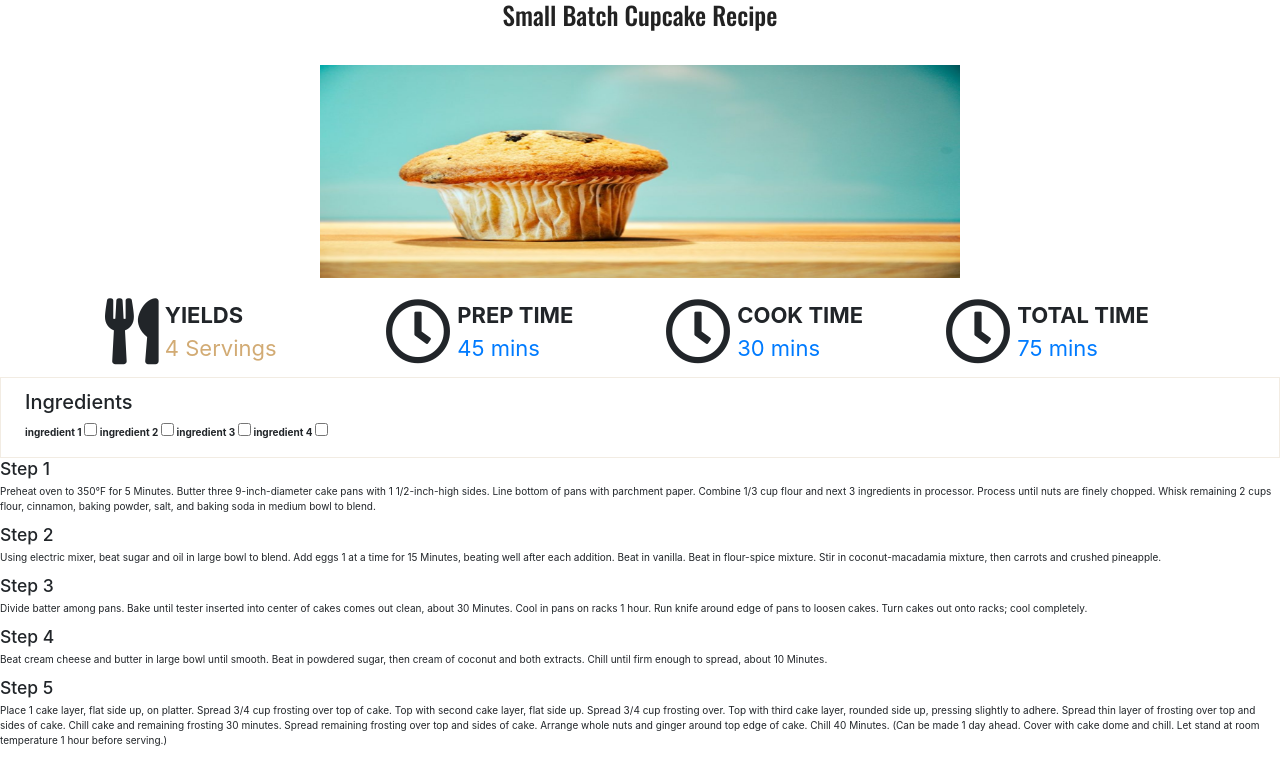
Repository: pauldardis/cookbook
Page: recipe.html
The author's editor kept a record of every edit. The page is drawn from the files as they stood at one moment, then again after the next edit.
The browser window is 1280 px wide. The pictures show the whole page.
Some web libraries are served in a nearby version.

Above is the page before.

### recipe.html
<!DOCTYPE html>
<html lang="en">

<head>
    <meta charset="UTF-8">
    <meta name="viewport" content="width=device-width, initial-scale=1.0">
    <meta http-equiv="X-UA-Compatible" content="ie=edge">
    <link rel="stylesheet" href="https://use.fontawesome.com/releases/v5.11.2/css/all.css">
    <link rel="stylesheet" href="https://use.fontawesome.com/releases/v5.11.2/css/v4-shims.css">
    <link rel="stylesheet" href="https://maxcdn.bootstrapcdn.com/bootstrap/3.3.7/css/bootstrap.min.css" type="text/css" />
    <link rel="stylesheet" href="https://maxcdn.bootstrapcdn.com/font-awesome/4.7.0/css/font-awesome.min.css" type="text/css" />
    <link rel="stylesheet" href="https://maxcdn.bootstrapcdn.com/bootstrap/4.2.1/css/bootstrap.min.css" type="text/css">
    <link rel="stylesheet" href="https://cdnjs.cloudflare.com/ajax/libs/hover.css/2.1.1/css/hover-min.css" type="text/css" />
    <link href="https://fonts.googleapis.com/css?family=Oswald:200,300,500,700&display=swap" rel="stylesheet">
    <link rel="stylesheet" href="assits/css/style.css" type="text/css" />

    <title>Document</title>
</head>

<body>



    <div>
        <h1 class="recipe-h1-text">Small Batch Cupcake Recipe</h1>
    </div>

    <div class="recipe-main-image-container">
        <img class="recipe-main-image" src="assits/images/test-recipe-image.jpg" alt="recipe image">
    </div>


    <div class="container">
        <div class="row">
            <section class="col-md-3 recipe-info-container">
                <div class="recipe-icon-container">
                    <i class="fas fa-utensils fa-3x"></i>
                </div>
                <div class="recipe-info-text-container">
                    <div>
                        <strong>YIELDS</strong>
                    </div>
                    <div>
                        <a class="servings" href="#">4 Servings</a>
                    </div>
                </div>
            </section>
            <section class="col-md-3 recipe-info-container">
                <div class="recipe-icon-container">
                    <i class="far fa-clock fa-3x"></i>
                </div>
                <div class="recipe-info-text-container">
                    <div>
                        <strong>PREP TIME</strong>
                    </div>
                    <div>
                        <a href="#">45 mins</a>
                    </div>
                </div>
            </section>
            <section class="col-md-3 recipe-info-container">
                <div class="recipe-icon-container">
                    <i class="far fa-clock fa-3x"></i>
                </div>
                <div class="recipe-info-text-container">
                    <div>
                        <strong>COOK TIME</strong>
                    </div>
                    <div>
                        <a href="#">30 mins</a>
                    </div>
                </div>
            </section>
            <section class="col-md-3 recipe-info-container">
                <div class="recipe-icon-container">
                    <i class="far fa-clock fa-3x"></i>
                </div>
                <div class="recipe-info-text-container">
                    <div>
                        <strong>TOTAL TIME</strong>
                    </div>
                    <div>
                        <a href="#">75 mins</a>
                    </div>
                </div>
            </section>
        </div>
    </div>
    <p></p>
    <p></p>
    <div class="recipe-ingredients-container">
        <div class="recipe-ingredients-heading">
            <h2>Ingredients</h2>
            <div>
                <label class="ingredient_tick_box_container">ingredient 1 <input type="checkbox"><span class="ingredient_tick_box_checkmark"></span></label>
                <label class="ingredient_tick_box_container">ingredient 2 <input type="checkbox"><span class="ingredient_tick_box_checkmark"></span></label>
                <label class="ingredient_tick_box_container">ingredient 3 <input type="checkbox"><span class="ingredient_tick_box_checkmark"></span></label>
                <label class="ingredient_tick_box_container">ingredient 4 <input type="checkbox"><span class="ingredient_tick_box_checkmark"></span></label>
            </div>
        </div>
    </div>

    <div>
        <div>
            <h3>Step 1</h3>
            <p class="recipe_steps_text">Preheat oven to 350°F for 5 Minutes. Butter three 9-inch-diameter cake pans with 1 1/2-inch-high sides. Line bottom of pans with parchment paper. Combine 1/3 cup flour and next 3 ingredients in processor. Process until nuts are finely chopped.
                Whisk remaining 2 cups flour, cinnamon, baking powder, salt, and baking soda in medium bowl to blend.</p>
            <h3>Step 2</h3>
            <p class="recipe_steps_text">Using electric mixer, beat sugar and oil in large bowl to blend. Add eggs 1 at a time for 15 Minutes, beating well after each addition. Beat in vanilla. Beat in flour-spice mixture. Stir in coconut-macadamia mixture, then carrots and crushed
                pineapple.
            </p>
            <h3>Step 3</h3>
            <p class="recipe_steps_text">Divide batter among pans. Bake until tester inserted into center of cakes comes out clean, about 30 Minutes. Cool in pans on racks 1 hour. Run knife around edge of pans to loosen cakes. Turn cakes out onto racks; cool completely.</p>
            <h3>Step 4</h3>
            <p class="recipe_steps_text">Beat cream cheese and butter in large bowl until smooth. Beat in powdered sugar, then cream of coconut and both extracts. Chill until firm enough to spread, about 10 Minutes.</p>
            <h3>Step 5</h3>
            <p class="recipe_steps_text">Place 1 cake layer, flat side up, on platter. Spread 3/4 cup frosting over top of cake. Top with second cake layer, flat side up. Spread 3/4 cup frosting over. Top with third cake layer, rounded side up, pressing slightly to adhere. Spread
                thin layer of frosting over top and sides of cake. Chill cake and remaining frosting 30 minutes. Spread remaining frosting over top and sides of cake. Arrange whole nuts and ginger around top edge of cake. Chill 40 Minutes. (Can be made
                1 day ahead. Cover with cake dome and chill. Let stand at room temperature 1 hour before serving.)</p>
        </div>
    </div>



</body>

</html>

### assits/css/style.css
.recipe-h1-text {
    text-align: center;
    margin-bottom: 1.4em;
    color: #222;
    /*font-size: 2em;*/
    /*line-height: 1.2;*/
    font-weight: 500;
    font-family: 'Oswald', sans-serif;

}

.recipe-main-image-container {
    height: 500;
    width: 300;
    margin-bottom: 20px;
}

.recipe-main-image {
    display: block;
    margin-left: auto;
    margin-right: auto;
    width: 50%;
}

.recipe-info-text-container {
    display: inline-block
}

.recipe-info-container {
    /*border-color: black;*/
    /*border-style: solid;*/
}

.recipe-icon-container {
    display: inline-block;
}

.recipe-info-text-container {
    display: inline-block
}

.servings {
    color: #D2AB74;
}

.recipe-ingredients-container {
    border: 1px solid #f2ece3;
    padding: 12px 24px;
}

.recipe-ingredients-heading {

}








/* Customize the label (the container) */
.container {
  display: block;
  position: relative;
  padding-left: 35px;
  margin-bottom: 12px;
  cursor: pointer;
  font-size: 22px;
  -webkit-user-select: none;
  -moz-user-select: none;
  -ms-user-select: none;
  user-select: none;
}

/* Hide the browser's default checkbox */
.container input {
  position: absolute;
  opacity: 0;
  cursor: pointer;
  height: 0;
  width: 0;
}

/* Create a custom checkbox */
.checkmark {
  position: absolute;
  top: 0;
  left: 0;
  height: 25px;
  width: 25px;
  background-color: #eee;
}

/* On mouse-over, add a grey background color */
.container:hover input ~ .checkmark {
  background-color: #ccc;
}

/* When the checkbox is checked, add a blue background */
.container input:checked ~ .checkmark {
  background-color: #2196F3;
}

/* Create the checkmark/indicator (hidden when not checked) */
.checkmark:after {
  content: "";
  position: absolute;
  display: none;
}

/* Show the checkmark when checked */
.container input:checked ~ .checkmark:after {
  display: block;
}

/* Style the checkmark/indicator */
.container .checkmark:after {
  left: 9px;
  top: 5px;
  width: 5px;
  height: 10px;
  border: solid white;
  border-width: 0 3px 3px 0;
  -webkit-transform: rotate(45deg);
  -ms-transform: rotate(45deg);
  transform: rotate(45deg);
}

After the next edit:
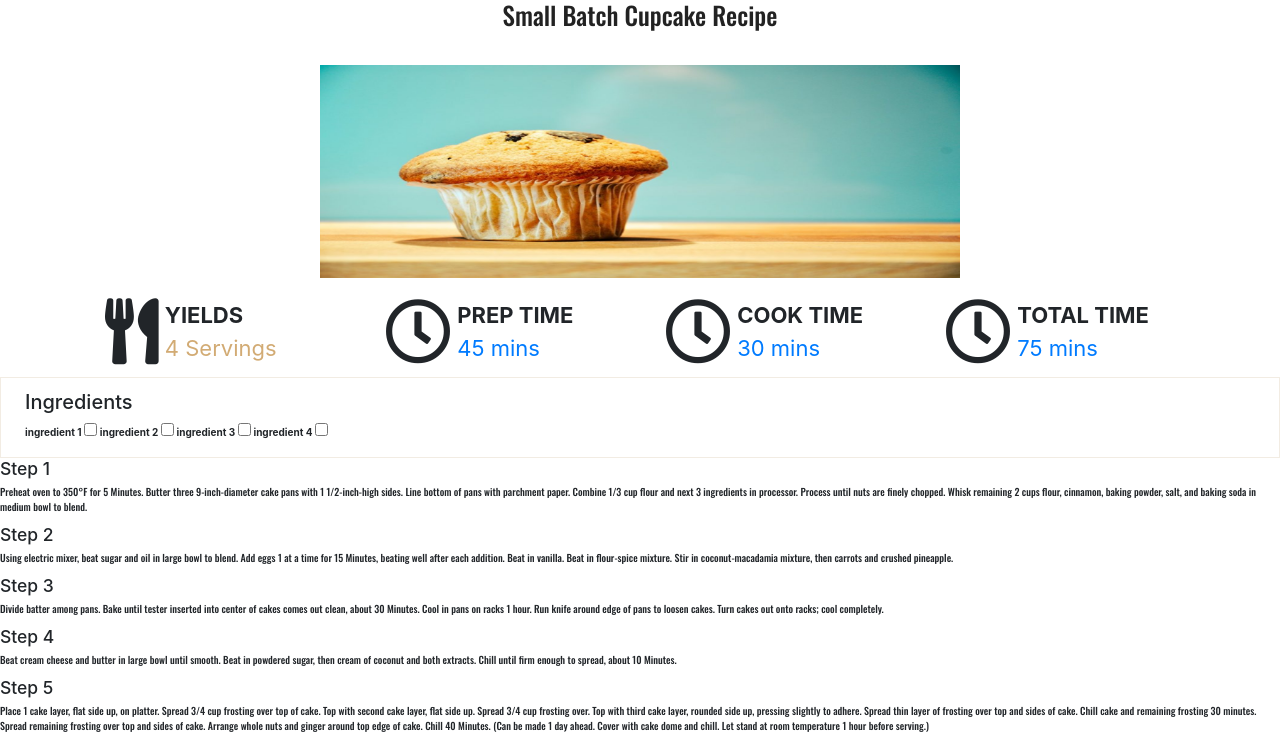
The edit:
--- a/assits/css/style.css
+++ b/assits/css/style.css
@@ -126,3 +126,8 @@
   -ms-transform: rotate(45deg);
   transform: rotate(45deg);
 }
+
+
+.recipe_steps_text{
+    font-weight: 500;
+    font-family: 'Oswald', sans-serif;
